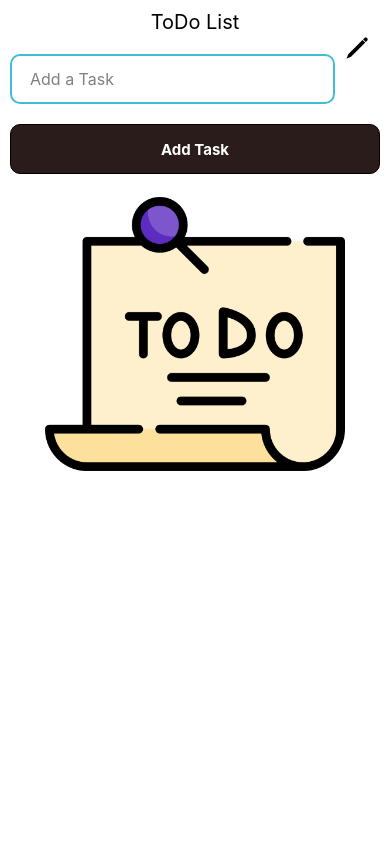
Repository: raisingh22/Projects
Screen: /
An editor plug-in stored every save of this project. The screen is shown before and after the next save, followed by the edit.
The app was drawn by React Native's web renderer in a window 390 px wide. The project was rebuilt for these pictures with package versions that can differ from the ones it lists, and the page was loaded fresh each time.

Above is the screen before, as saved 2024-01-22 14:05:23.

### App.js
import { View, Text, SafeAreaView } from 'react-native'
import React from 'react'
import ToDo from './src/ToDoList/screens/ToDo'

const App = () => {
  return (
   <SafeAreaView style={{
    flex:1
   }}>
     <ToDo/>
   </SafeAreaView>
  )
}

export default App

### src/ToDoList/screens/ToDo.js
import {StyleSheet, Text, TextInput, View} from 'react-native';
import React, {useState} from 'react';
import MyBtn from '../../components/MyBtn';
import MyFlatList from '../../components/MyFlatList';
import Icon from 'react-native-vector-icons/Ionicons';
import Icons from 'react-native-vector-icons/MaterialIcons';
import Fallback from '../../components/Fallback';

// import {IconButton} from 'react-native-paper';
const DummyData = [
  {
    id: '1',
    name: 'Wash Car',
  },
  {
    id: '2',
    name: 'Dusting',
  },
];
const ToDo = () => {
  const [toDo, setToDo] = useState('');
  const [data, setData] = useState([]);
  const [editTodo , setEditTodo] = useState(null);

  const handleAdd = () => {
    if(toDo === ''){
        return
    }
    setData([
      ...data,
      {
        id: Date.now(),
        title: toDo,
      },
    ]);
  };
  const handleEdit = toDo =>{

    setEditTodo(toDo)
    setToDo(toDo.title)

  }
  const handleUpdate = ()=>{
    const updateTodo = data.map((item)=>{
        if(item.id === editTodo.id) {
            return {...item, title: toDo}
        }
        return item

    })
    setData(updateTodo)
    setEditTodo(null)
    setToDo('')

  }
  const handleDeleteTodo = id => {
    const updateTodo = data.filter(toDo => toDo.id !== id);
    setData(updateTodo);
    console.log(data.length);
  };
  return (
    <View
      style={{
        margin: 10,
      }}>
      <Text style={{
        textAlign:'center',
        fontSize:20
      }}>ToDo List</Text>
      <View style={{
        flexDirection:'row'
      }}>
      <TextInput
        placeholder="Add a Task"
        placeholderTextColor={'grey'}
        style={styles.textInput}
        value={toDo}
        onChangeText={text => setToDo(text)}
      />
       <Icon
              name="pencil"
              size={25}
              color='black'
              style={{
                marginHorizontal: 10,
              }}
              onPress={() => handleEdit(item)}
            />
      </View>
       {
        editTodo ?
        <MyBtn
        text={'Edit Task'}
        onPress={() => handleUpdate()}
        btnStyle={{backgroundColor: '#291c1a'}}
        textStyle={{
          fontSize: 15,
          fontWeight: 'bold',
        }}
      /> :
      <MyBtn
        text={'Add Task'}
        onPress={() => handleAdd()}
        btnStyle={{backgroundColor: '#291c1a'}}
        textStyle={{
          fontSize: 15,
          fontWeight: 'bold',
        }}
      />
      }
      <MyFlatList
        data={data}
        renderItem={(item, index) => (
          <View
            style={{
              flexDirection: 'row',
              alignItems: 'center',
              padding: 15,
              borderWidth: 1,
              marginVertical: 5,
              borderRadius: 10,
              marginHorizontal: 10,
              backgroundColor: index % 2 === 0 ? '#d4a7a1' : '#1cd9cf',
              shadowColor:'#000',
              shadowOffset:{
                  width:0,
                  height:1
              },
              shadowOpacity:1,
              shadowRadius:4
            }}>
            <Text
              style={{
                fontWeight: '800',
                fontSize: 19,
                color: 'black',
                flex: 1,
              }}>
              {item.title}
            </Text>
            <Icon
              name="pencil"
              size={25}
              style={{
                marginHorizontal: 10,
              }}
              onPress={() => handleEdit(item)}
            />
            <Icons
              name="delete"
              size={25}
              onPress={() => handleDeleteTodo(item.id)}
            />
          </View>
        )}
      />
      {
        data.length <=0 && <Fallback/>
      }
    </View>
  );
};

export default ToDo;

const styles = StyleSheet.create({
  textInput: {
    width: '100%',
    height: 50,
    marginVertical: 20,
    borderWidth: 2,
    paddingVertical: 14,
    paddingHorizontal: 18,
    fontSize: 16,
    borderColor: '#40bdd4',
    borderRadius: 10,
    color: 'red',

  },
});

### src/components/MyBtn.js
import {StyleSheet, Text, TouchableOpacity, View} from 'react-native';
import React from 'react';

const MyBtn = ({text, onPress, btnStyle , textStyle}) => {
  return (
    <TouchableOpacity style={[styles.btn, btnStyle]} onPress={onPress}>
      <Text style={[styles.btnText, textStyle]} >{text}</Text>
    </TouchableOpacity>
  );
};

export default MyBtn;

const styles = StyleSheet.create({
  btn: {
    width: '100%',
    height: 50,
    backgroundColor: 'black',
    borderWidth: 1,
    borderRadius: 10,
    alignItems: 'center',
    justifyContent: 'center',
  },
  btnText: {
    color: 'white',
    // You can add more text styles here if needed
  },
});

### src/components/MyFlatList.js
import {FlatList, StyleSheet, Text, View} from 'react-native';
import React from 'react';

const MyFlatList = ({data, renderItem = (item, index) => {}, bounces}) => {
  return (
    <FlatList
      bounces={bounces}
      data={data}
      renderItem={({item, index}) => renderItem(item, index)}
      keyExtractor={item => item.id.toString()}
      style={styles.list}
    />
  );
};

export default MyFlatList;

const styles = StyleSheet.create({
  list: {
    marginVertical: 5,
    // flex: 1, // Example: Expand the FlatList to fill available space
    // backgroundColor: 'lightgray', // Example: Set background color
    // height:"50%"
  },
});

### src/components/Fallback.js
import {Image, StyleSheet, Text, View} from 'react-native';
import React from 'react';

const Fallback = () => {
  return (
    <View
      style={{
        alignItems: 'center',
      }}>
      <Image
        //  resizeMode="center"
        style={{
          height: 300,
          width: 300,
        }}
        source={require('../asstes/to-do-list.png')}
      />
    </View>
  );
};

export default Fallback;

const styles = StyleSheet.create({});

After the next save:
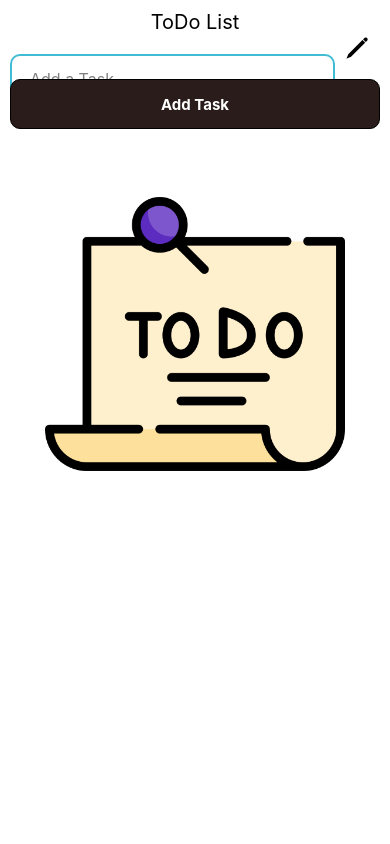
Saved 17 s later.
--- a/src/ToDoList/screens/ToDo.js
+++ b/src/ToDoList/screens/ToDo.js
@@ -68,7 +68,8 @@ const ToDo = () => {
         fontSize:20
       }}>ToDo List</Text>
       <View style={{
-        flexDirection:'row'
+        flexDirection:'row',
+        flex:1
       }}>
       <TextInput
         placeholder="Add a Task"
